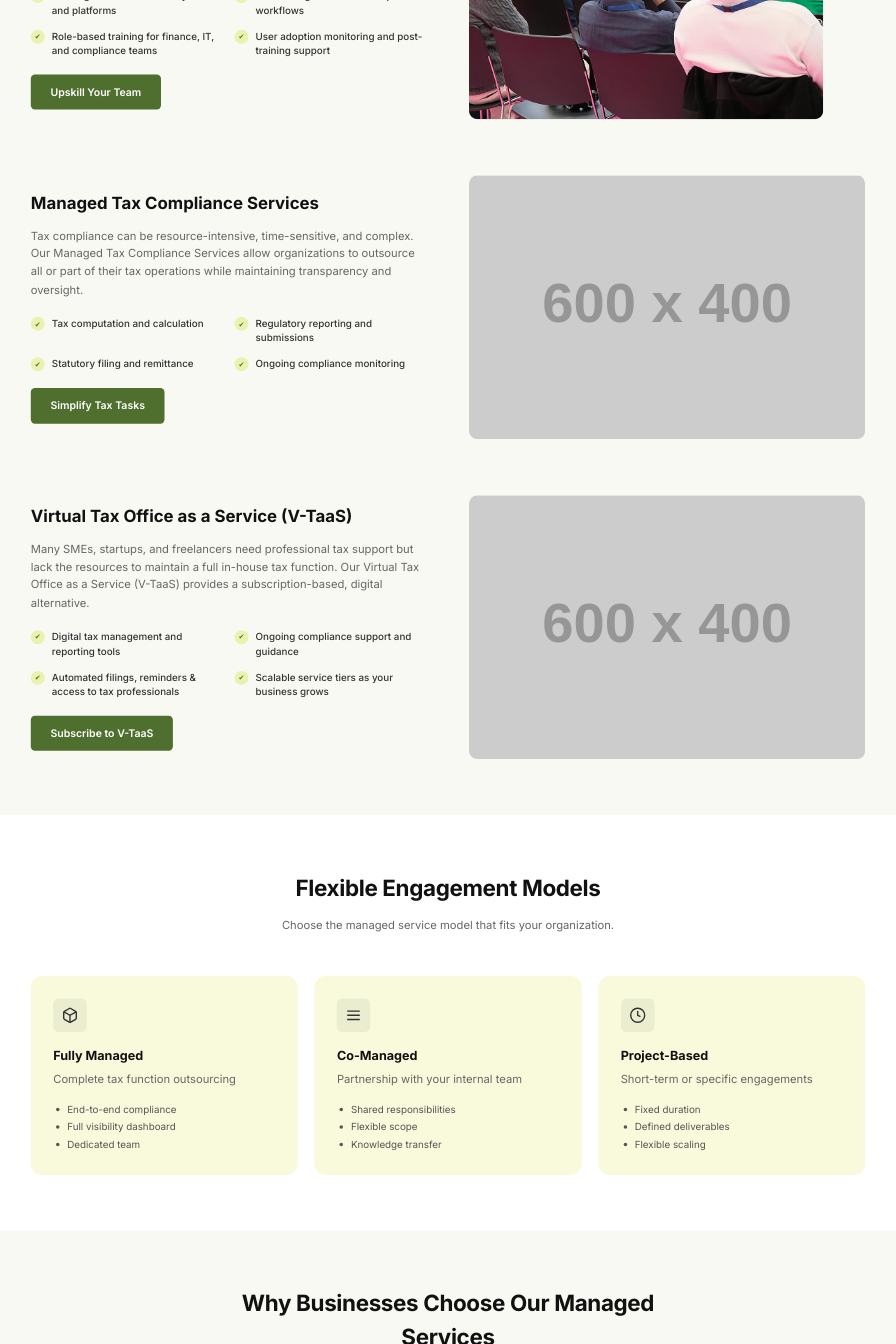
Repository: Opawumi/work_merate
Page: managed.html
The author's editor kept a copy of each file at every save. The page is drawn from the files as they stood at one save, then again after a run of saves.
The browser window is 1280 px wide. The pictures show the part of the page from y = 1759 to 3679 px (the page is 5386 px tall before and 5270 px after), at 70% of full size.

Above is the page before, as saved 2026-02-02 11:42:03.

### managed.html
<!DOCTYPE html>
<html lang="en">
<head>
    <meta charset="UTF-8">
    <meta name="viewport" content="width=device-width, initial-scale=1.0">
    <title>Managed Services - WorkMerate</title>
    <link rel="stylesheet" href="managed.css">
    <link rel="preconnect" href="https://fonts.googleapis.com">
    <link rel="preconnect" href="https://fonts.gstatic.com" crossorigin>
    <link href="https://fonts.googleapis.com/css2?family=Inter:wght@400;500;600;700;800&display=swap" rel="stylesheet">
</head>
<body>

    <nav class="navbar">
        <div class="container nav-wrapper">
            <a href="#" class="logo">
                W<span class="bag-icon"></span>rkMerate
            </a>

            <ul class="nav-menu">
                <li><a href="#" class="nav-link">Agentic AI</a></li>
                <li>
                    <a href="#" class="nav-link active">
                        Services
                        <svg class="chevron" viewBox="0 0 24 24" fill="none" stroke="currentColor" stroke-width="2" stroke-linecap="round" stroke-linejoin="round"><polyline points="6 9 12 15 18 9"></polyline></svg>
                    </a>
                </li>
                <li>
                    <a href="#" class="nav-link">
                        Modules
                        <svg class="chevron" viewBox="0 0 24 24" fill="none" stroke="currentColor" stroke-width="2" stroke-linecap="round" stroke-linejoin="round"><polyline points="6 9 12 15 18 9"></polyline></svg>
                    </a>
                </li>
                <li><a href="#" class="nav-link">Pricing</a></li>
                <li>
                    <a href="#" class="nav-link">
                        Resources
                        <svg class="chevron" viewBox="0 0 24 24" fill="none" stroke="currentColor" stroke-width="2" stroke-linecap="round" stroke-linejoin="round"><polyline points="6 9 12 15 18 9"></polyline></svg>
                    </a>
                </li>
                <li><a href="#" class="nav-link">About us</a></li>
            </ul>

            <div class="nav-actions">
                <a href="#" class="login-link">Login</a>
                <a href="#" class="btn-nav">Try it Free</a>
            </div>
        </div>
    </nav>

    <section class="hero-section">
        <div class="hero-bg-pattern"></div>

        <div class="container hero-container">

            <div class="hero-content">
                <div class="breadcrumbs">
                    <span class="crumb-gray">Services</span>
                    <svg class="crumb-arrow" viewBox="0 0 24 24"><path d="M10 6L8.59 7.41 13.17 12l-4.58 4.59L10 18l6-6z"/></svg>
                    <span class="crumb-current">Managed Services</span>
                </div>

                <h1>Empower Your Teams.<br>Outsource With Confidence.<br>Scale Without Friction.</h1>

                <p class="hero-description">
                    Sustainable tax compliance requires more than systems and strategies, it requires
                    people who understand the tools, processes that scale, and support that adapts as
                    your business grows.
                </p>

                <div class="hero-buttons">
                    <a href="#" class="btn-hero-primary">Talk to Our Team</a>
                    <a href="#" class="btn-hero-secondary">Explore Service Options</a>
                </div>
            </div>

            <div class="hero-image-wrapper">
                <img src="./assets/managed-main.png" alt="Team working together with sticky notes">
            </div>

        </div>
    </section>

    <section class="section-padding bg-white">
        <div class="container">
            <div class="section-header">
                <h2>What We Do</h2>
                <p>Flexible services designed to complement your internal team or act as your tax function entirely.</p>
            </div>
            <div class="grid-3">
                <div class="card-outline">
                    <div class="icon-box-lime"><svg viewBox="0 0 24 24" fill="none" stroke="currentColor" stroke-width="2"><path d="M22 10v6M2 10l10-5 10 5-10 5z"></path><path d="M6 12v5c3 3 9 3 12 0v-5"></path></svg></div>
                    <h3>Build Internal Capabilities</h3>
                    <p>Training and change management for tax technology adoption</p>
                </div>
                <div class="card-outline">
                    <div class="icon-box-lime"><svg viewBox="0 0 24 24" fill="none" stroke="currentColor" stroke-width="2"><rect x="2" y="7" width="20" height="14" rx="2" ry="2"></rect><path d="M16 21V5a2 2 0 0 0-2-2h-4a2 2 0 0 0-2 2v16"></path></svg></div>
                    <h3>Manage Tax Operations</h3>
                    <p>Full or partial outsourcing with complete visibility</p>
                </div>
                <div class="card-outline">
                    <div class="icon-box-lime"><svg viewBox="0 0 24 24" fill="none" stroke="currentColor" stroke-width="2"><path d="M18 10h-1.26A8 8 0 1 0 9 20h9a5 5 0 0 0 0-10z"></path></svg></div>
                    <h3>Digital Tax Office</h3>
                    <p>Subscription-based virtual tax services for growing businesses</p>
                </div>
            </div>
        </div>
    </section>

    <section class="section-padding bg-cream">
        <div class="container">
            <div class="section-header">
                <h2>Three powerful integration pathways</h2>
                <p>Choose the integration approach that matches your business model and technical requirements.</p>
            </div>

            <div class="pathway-row">
                <div class="pathway-text">
                    <h3>Tax Technology Training & Change Management</h3>
                    <p class="mb-6">Introducing automated tax systems without proper training can create confusion, resistance, and inefficiencies. Our Tax Technology Training & Change Management service ensures your teams understand, adopt, and confidently use automated tax and compliance workflows.</p>
                    <ul class="check-grid">
                        <li><span class="check-circle">✔</span> <span>Training on automated tax systems and platforms</span></li>
                        <li><span class="check-circle">✔</span> <span>Hands-on guidance for compliance workflows</span></li>
                        <li><span class="check-circle">✔</span> <span>Role-based training for finance, IT, and compliance teams</span></li>
                        <li><span class="check-circle">✔</span> <span>User adoption monitoring and post-training support</span></li>
                    </ul>
                    <a href="#" class="btn-dark mt-6">Upskill Your Team</a>
                </div>
                <div class="pathway-img">
                    <img src="./assets/managed-one.png" alt="Training session">
                </div>
            </div>

            <div class="pathway-row reverse">
                <div class="pathway-img">
                     <img src="https://placehold.co/600x400/eeeeee/999999?text=Tax+Compliance" alt="Tax compliance">
                </div>
                <div class="pathway-text">
                    <h3>Managed Tax Compliance Services</h3>
                    <p class="mb-6">Tax compliance can be resource-intensive, time-sensitive, and complex. Our Managed Tax Compliance Services allow organizations to outsource all or part of their tax operations while maintaining transparency and oversight.</p>
                    <ul class="check-grid">
                        <li><span class="check-circle">✔</span> <span>Tax computation and calculation</span></li>
                        <li><span class="check-circle">✔</span> <span>Regulatory reporting and submissions</span></li>
                        <li><span class="check-circle">✔</span> <span>Statutory filing and remittance</span></li>
                        <li><span class="check-circle">✔</span> <span>Ongoing compliance monitoring</span></li>
                    </ul>
                    <a href="#" class="btn-dark mt-6">Simplify Tax Tasks</a>
                </div>
            </div>

            <div class="pathway-row">
                <div class="pathway-text">
                    <h3>Virtual Tax Office as a Service (V-TaaS)</h3>
                    <p class="mb-6">Many SMEs, startups, and freelancers need professional tax support but lack the resources to maintain a full in-house tax function. Our Virtual Tax Office as a Service (V-TaaS) provides a subscription-based, digital alternative.</p>
                    <ul class="check-grid">
                        <li><span class="check-circle">✔</span> <span>Digital tax management and reporting tools</span></li>
                        <li><span class="check-circle">✔</span> <span>Ongoing compliance support and guidance</span></li>
                        <li><span class="check-circle">✔</span> <span>Automated filings, reminders & access to tax professionals</span></li>
                        <li><span class="check-circle">✔</span> <span>Scalable service tiers as your business grows</span></li>
                    </ul>
                    <a href="#" class="btn-dark mt-6">Subscribe to V-TaaS</a>
                </div>
                <div class="pathway-img">
                     <img src="https://placehold.co/600x400/eeeeee/999999?text=Virtual+Office" alt="Woman working on laptop">
                </div>
            </div>
        </div>
    </section>

    <section class="section-padding bg-white">
        <div class="container">
            <div class="section-header">
                <h2>Flexible Engagement Models</h2>
                <p>Choose the managed service model that fits your organization.</p>
            </div>
            <div class="grid-3">
                <div class="card-yellow">
                    <div class="icon-box-trans"><svg viewBox="0 0 24 24" fill="none" stroke="currentColor" stroke-width="2"><path d="M21 16V8a2 2 0 0 0-1-1.73l-7-4a2 2 0 0 0-2 0l-7 4A2 2 0 0 0 3 8v8a2 2 0 0 0 1 1.73l7 4a2 2 0 0 0 2 0l7-4A2 2 0 0 0 21 16z"></path><polyline points="3.27 6.96 12 12.01 20.73 6.96"></polyline><line x1="12" y1="22.08" x2="12" y2="12"></line></svg></div>
                    <h3>Fully Managed</h3>
                    <p>Complete tax function outsourcing</p>
                    <ul class="bullet-list">
                        <li>End-to-end compliance</li>
                        <li>Full visibility dashboard</li>
                        <li>Dedicated team</li>
                    </ul>
                </div>
                <div class="card-yellow">
                    <div class="icon-box-trans"><svg viewBox="0 0 24 24" fill="none" stroke="currentColor" stroke-width="2"><path d="M3 6h18"></path><path d="M3 12h18"></path><path d="M3 18h18"></path></svg></div>
                    <h3>Co-Managed</h3>
                    <p>Partnership with your internal team</p>
                    <ul class="bullet-list">
                        <li>Shared responsibilities</li>
                        <li>Flexible scope</li>
                        <li>Knowledge transfer</li>
                    </ul>
                </div>
                <div class="card-yellow">
                    <div class="icon-box-trans"><svg viewBox="0 0 24 24" fill="none" stroke="currentColor" stroke-width="2"><circle cx="12" cy="12" r="10"></circle><polyline points="12 6 12 12 16 14"></polyline></svg></div>
                    <h3>Project-Based</h3>
                    <p>Short-term or specific engagements</p>
                    <ul class="bullet-list">
                        <li>Fixed duration</li>
                        <li>Defined deliverables</li>
                        <li>Flexible scaling</li>
                    </ul>
                </div>
            </div>
        </div>
    </section>

    <section class="section-padding bg-cream">
        <div class="container">
            <div class="section-header">
                <h2>Why Businesses Choose Our Managed Services</h2>
                <p>Flexible. Scalable. People-Centric.</p>
            </div>
            <div class="grid-3">
                <div class="card-white">
                    <div class="icon-box-dark"><svg viewBox="0 0 24 24" fill="none" stroke="currentColor" stroke-width="2"><path d="M20 21v-2a4 4 0 0 0-4-4H8a4 4 0 0 0-4 4v2"></path><circle cx="12" cy="7" r="4"></circle></svg></div>
                    <h3>People-centric approach</h3>
                    <p>Focus on capability building, not just outsourcing</p>
                </div>
                <div class="card-white">
                    <div class="icon-box-dark"><svg viewBox="0 0 24 24" fill="none" stroke="currentColor" stroke-width="2"><rect x="4" y="4" width="16" height="16" rx="2" ry="2"></rect><rect x="9" y="9" width="6" height="6"></rect></svg></div>
                    <h3>Technology-enabled delivery</h3>
                    <p>Modern tools and digital workflows</p>
                </div>
                <div class="card-white">
                    <div class="icon-box-dark"><svg viewBox="0 0 24 24" fill="none" stroke="currentColor" stroke-width="2"><path d="M1 12s4-8 11-8 11 8 11 8-4 8-11 8-11-8-11-8z"></path><circle cx="12" cy="12" r="3"></circle></svg></div>
                    <h3>Full visibility</h3>
                    <p>Clear insight into all compliance activities</p>
                </div>
                <div class="card-white">
                    <div class="icon-box-dark"><svg viewBox="0 0 24 24" fill="none" stroke="currentColor" stroke-width="2"><polyline points="23 6 13.5 15.5 8.5 10.5 1 18"></polyline><polyline points="17 6 23 6 23 12"></polyline></svg></div>
                    <h3>Scalable models</h3>
                    <p>Services that grow with your business</p>
                </div>
                <div class="card-white">
                    <div class="icon-box-dark"><svg viewBox="0 0 24 24" fill="none" stroke="currentColor" stroke-width="2"><path d="M12 22s8-4 8-10V5l-8-3-8 3v7c0 6 8 10 8 10z"></path></svg></div>
                    <h3>Reduced risk</h3>
                    <p>Lower compliance stress and exposure</p>
                </div>
                <div class="card-white">
                    <div class="icon-box-dark"><svg viewBox="0 0 24 24" fill="none" stroke="currentColor" stroke-width="2"><path d="M12 2l3.09 6.26L22 9.27l-5 4.87 1.18 6.88L12 17.77l-6.18 3.25L7 14.14 2 9.27l6.91-1.01L12 2z"></path></svg></div>
                    <h3>Expert support</h3>
                    <p>Access to tax professionals on-demand</p>
                </div>
            </div>
        </div>
    </section>

    <section class="section-padding bg-white">
        <div class="container">
            <div class="cta-banner">
                <h2>Build Capacity Today. Scale With Confidence Tomorrow.</h2>
                <p>Whether you need to train your team, outsource tax operations, or adopt a virtual tax office, we provide the support structure your business needs to operate and grow compliantly.</p>
                <div class="cta-actions">
                    <a href="#" class="btn-dark">Talk to Managed Services Team</a>
                    <a href="#" class="btn-text-link">Explore All Options</a>
                </div>
            </div>
        </div>
    </section>

    <footer class="footer-section">
        <div class="container">
            <div class="footer-top">
                <div class="footer-brand">
                    <a href="#" class="logo">W<span class="bag-icon"></span>rkMerate</a>
                    <p class="tagline">Smart. Secure. Simplified.</p>
                    <div class="contact-details">
                        <p><strong>USA Customer Support:</strong><br>(+1) 256 441 3090</p>
                        <p><strong>NGA Customer Support:</strong><br>(+234) 907 713 7167</p>
                        <p><strong>Email:</strong><br>support@workmerate.ng.com</p>
                    </div>
                </div>
                <div class="footer-links-grid">
                    <div>
                        <h4>Services</h4>
                        <ul><li><a href="#">Tax Automation</a></li><li><a href="#">ERP Integration</a></li><li><a href="#">Regulatory Reporting</a></li></ul>
                    </div>
                    <div>
                        <h4>Modules</h4>
                        <ul><li><a href="#">Human Resources</a></li><li><a href="#">Financial Management</a></li><li><a href="#">Tax Management</a></li></ul>
                    </div>
                    <div>
                        <h4>Resources</h4>
                        <ul><li><a href="#">Compliance Loss</a></li><li><a href="#">State IRS</a></li><li><a href="#">Tax Laws</a></li></ul>
                    </div>
                    <div>
                        <h4>Other Links</h4>
                        <ul><li><a href="#">About Us</a></li><li><a href="#">Pricing</a></li><li><a href="#">Contact Us</a></li></ul>
                    </div>
                </div>
            </div>
            <hr>
            <div class="footer-newsletter">
                <div class="nl-text">
                    <h3>Subscribe to our newsletter</h3>
                    <p>Stay informed with the latest news, updates, and resources.</p>
                </div>
                <div class="nl-form">
                    <input type="email" placeholder="Enter your email">
                    <button class="btn-dark">Subscribe</button>
                </div>
            </div>
            <hr>
            <div class="footer-bottom">
                <p>&copy; 2025 WorkMerate - All rights reserved</p>
                <div class="badges">
                     <span style="color:#4F6F2F; font-weight:bold; letter-spacing:1px; font-size:18px;">NiTDA</span>
                </div>
            </div>
        </div>
    </footer>

</body>
</html>

Loaded but not shown: managed.css (375 lines, source omitted)

After the next 5 saves:
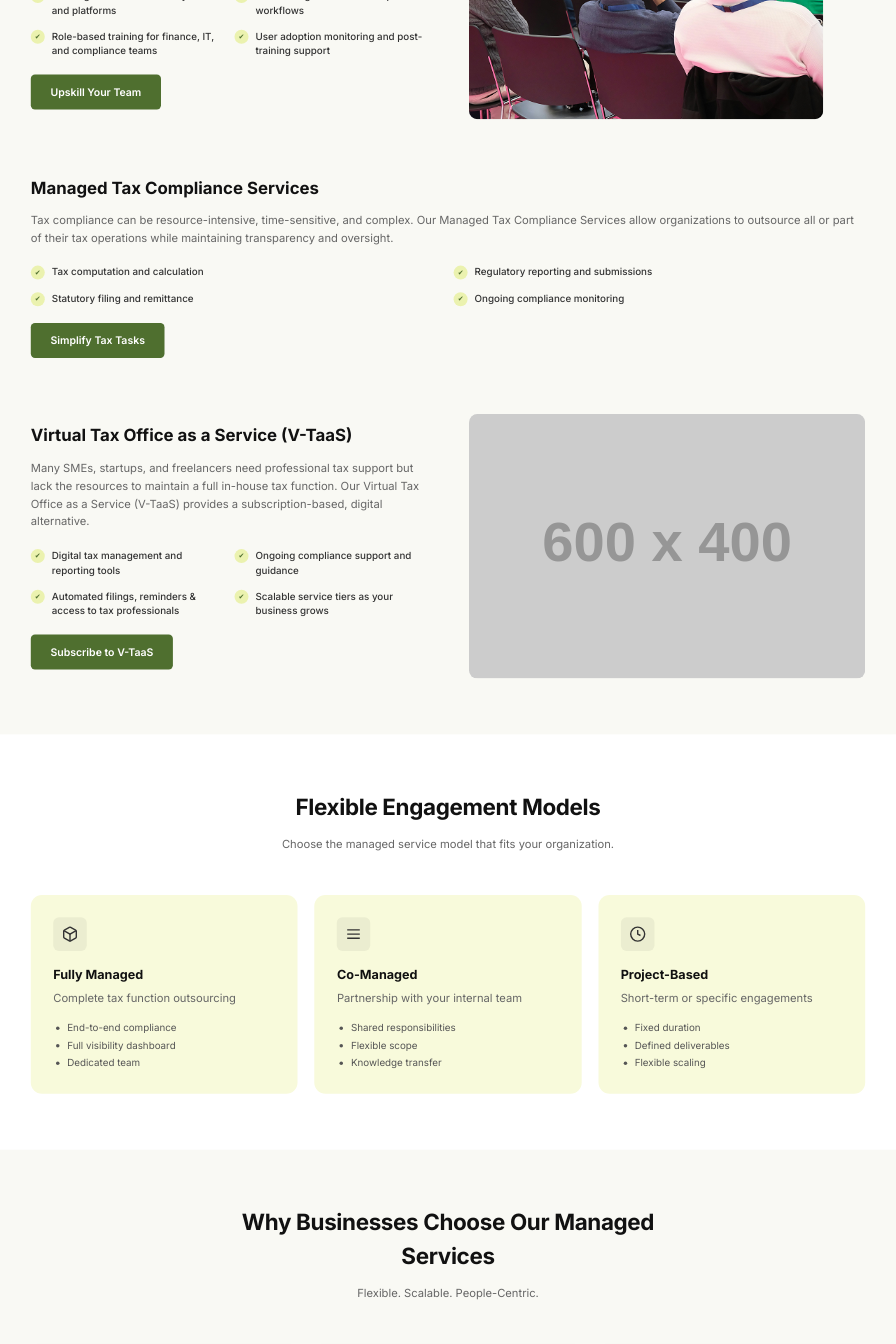
The 5 saves are shown as one change because they came seconds apart.
The last was saved 29 s later.
--- a/managed.html
+++ b/managed.html
@@ -132,9 +132,6 @@
             </div>
 
             <div class="pathway-row reverse">
-                <div class="pathway-img">
-                     <img src="https://placehold.co/600x400/eeeeee/999999?text=Tax+Compliance" alt="Tax compliance">
-                </div>
                 <div class="pathway-text">
                     <h3>Managed Tax Compliance Services</h3>
                     <p class="mb-6">Tax compliance can be resource-intensive, time-sensitive, and complex. Our Managed Tax Compliance Services allow organizations to outsource all or part of their tax operations while maintaining transparency and oversight.</p>
@@ -146,6 +143,7 @@
                     </ul>
                     <a href="#" class="btn-dark mt-6">Simplify Tax Tasks</a>
                 </div>
+
             </div>
 
             <div class="pathway-row">
